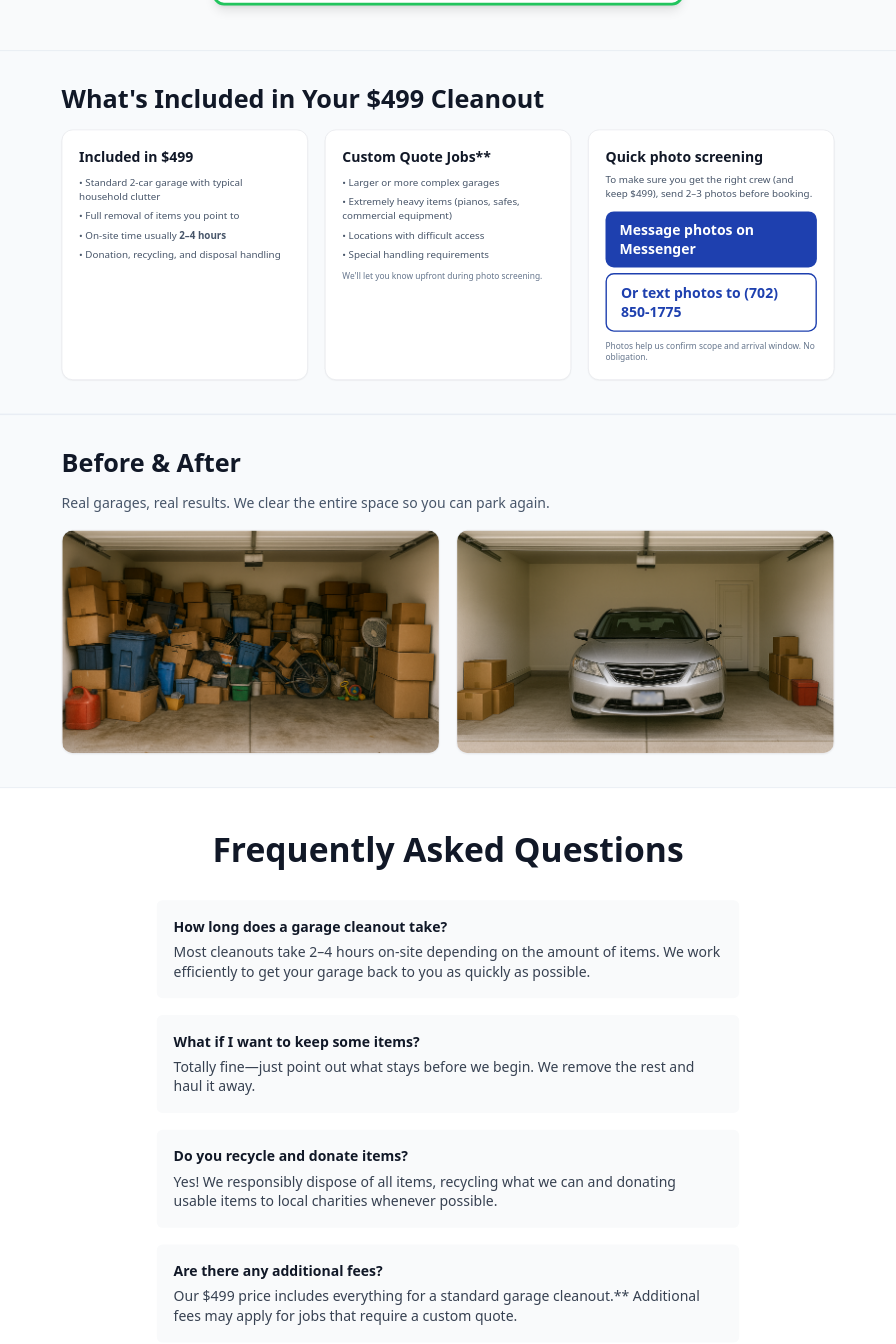
Repository: nikwhite1169/garagegone
Page: index.html
The author's editor kept a copy of each file at every save. The page is drawn from the files as they stood at one save, then again after the next save.
The browser window is 1280 px wide. The pictures show the part of the page from y = 1900 to 3820 px (the page is 5785 px tall before and 5881 px after), at 70% of full size.
Some web libraries are served in a nearby version.

Above is the page before, as saved 2025-09-16 00:49:23.

After the next save:
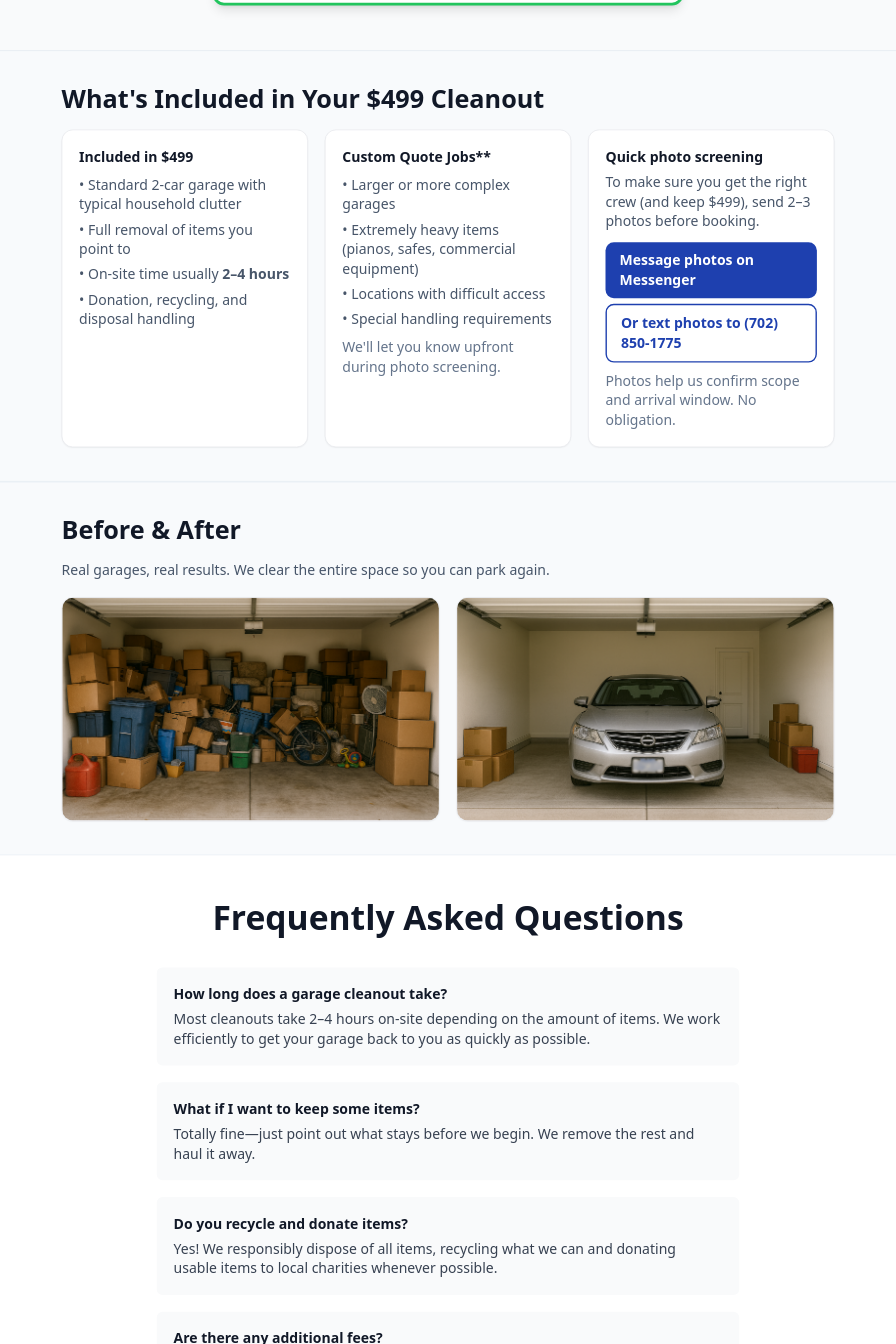
Saved 99 s later.
--- a/index.html
+++ b/index.html
@@ -249,7 +249,7 @@
         <div class="grid md:grid-cols-3 gap-6">
           <div class="rounded-2xl bg-white border p-6 shadow-sm">
             <h3 class="font-semibold">Included in $499</h3>
-            <ul class="mt-3 text-slate-600 space-y-2 text-sm">
+            <ul class="mt-3 text-slate-600 space-y-2">
               <li>• Standard 2-car garage with typical household clutter</li>
               <li>• Full removal of items you point to</li>
               <li>• On-site time usually <strong>2–4 hours</strong></li>
@@ -258,24 +258,24 @@
           </div>
           <div class="rounded-2xl bg-white border p-6 shadow-sm">
             <h3 class="font-semibold">Custom Quote Jobs**</h3>
-            <ul class="mt-3 text-slate-600 space-y-2 text-sm">
+            <ul class="mt-3 text-slate-600 space-y-2">
               <li>• Larger or more complex garages</li>
               <li>• Extremely heavy items (pianos, safes, commercial equipment)</li>
               <li>• Locations with difficult access</li>
               <li>• Special handling requirements</li>
             </ul>
-            <p class="mt-3 text-xs text-slate-500">We'll let you know upfront during photo screening.</p>
+            <p class="mt-3 text-slate-500">We'll let you know upfront during photo screening.</p>
           </div>
           <div class="rounded-2xl bg-white border p-6 shadow-sm">
             <h3 class="font-semibold">Quick photo screening</h3>
-            <p class="text-slate-600 text-sm mt-2">
+            <p class="text-slate-600 mt-2">
               To make sure you get the right crew (and keep $499), send 2–3 photos before booking.
             </p>
             <div class="mt-4 flex flex-col gap-2">
               <a href="https://m.me/823845640806391" target="_blank" class="inline-flex items-center justify-center rounded-xl bg-blue-800 text-white font-semibold px-5 py-3">Message photos on Messenger</a>
               <a href="tel:+7028501775" class="inline-flex items-center justify-center rounded-xl border-2 border-blue-800 text-blue-800 font-semibold px-5 py-3">Or text photos to (702) 850-1775</a>
             </div>
-            <p class="mt-3 text-xs text-slate-500">Photos help us confirm scope and arrival window. No obligation.</p>
+            <p class="mt-3 text-slate-500">Photos help us confirm scope and arrival window. No obligation.</p>
           </div>
         </div>
       </div>
